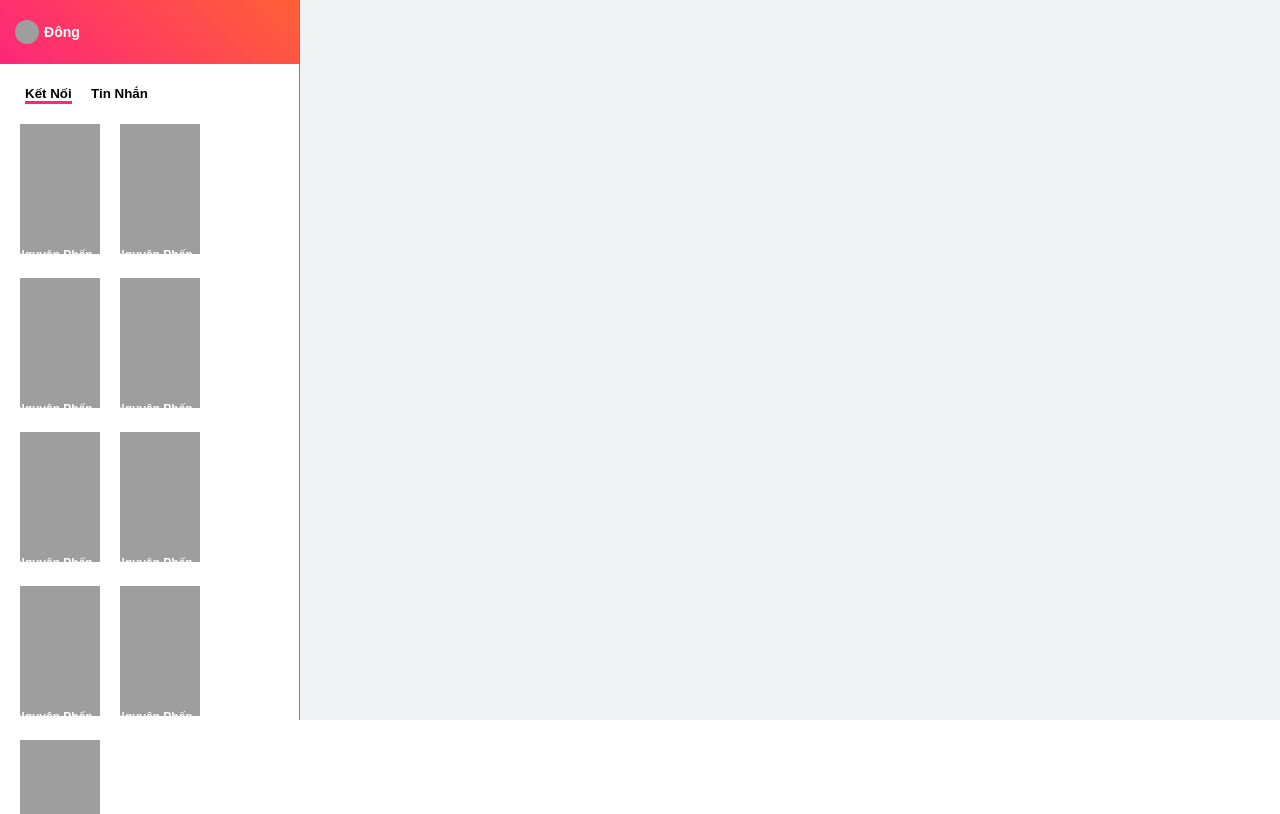
Repository: conquy2002/Project-Tinder
Page: Project RobinTinder/website/index.html
These files come from the project's save history. The page is drawn as it stood at one moment and after the next save; the edit follows.
The browser window is 1280 px wide. The pictures show the whole page.
Pictures or frames that could not be fetched are drawn as grey boxes.

Above is the page before, as saved 2022-01-07 09:51:03.

After the next save:
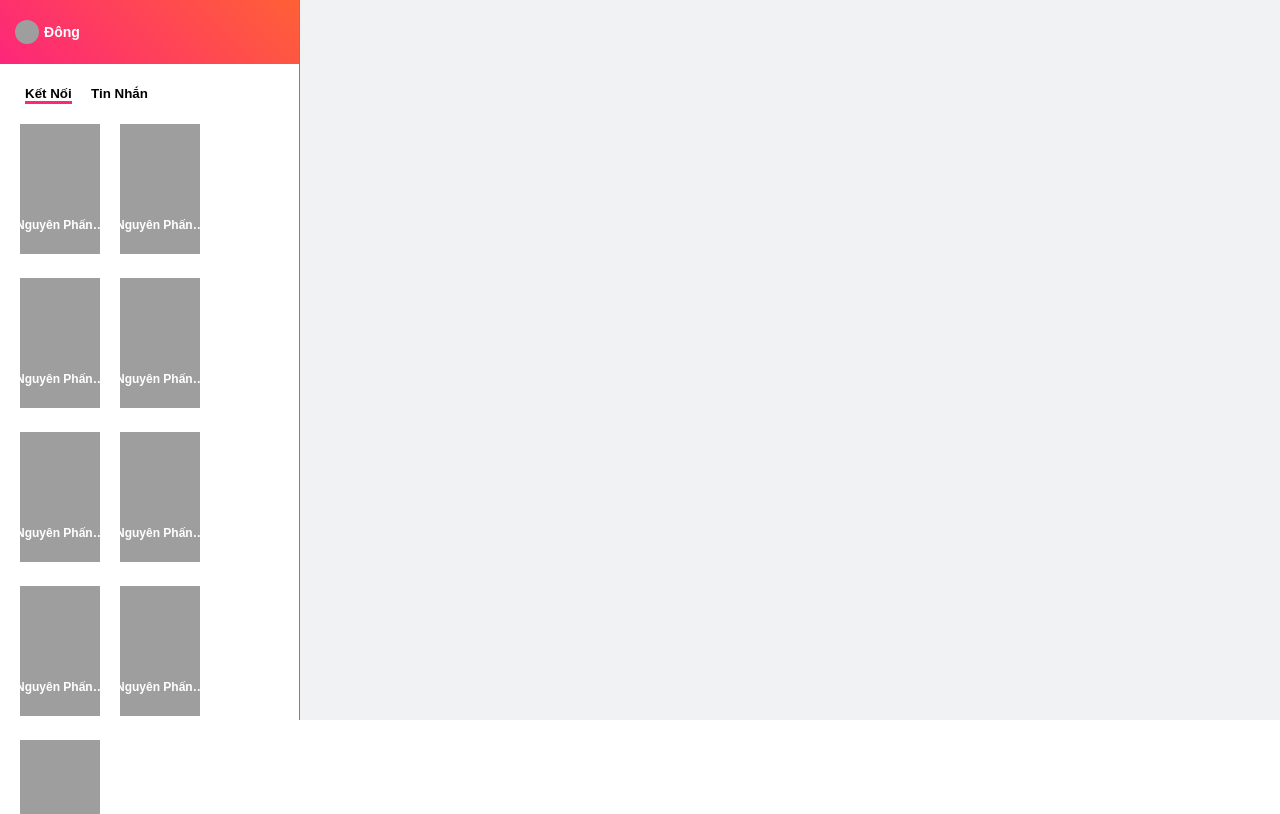
Saved 11 s later.
--- a/Project RobinTinder/website/css/style.css
+++ b/Project RobinTinder/website/css/style.css
@@ -92,7 +92,7 @@
     white-space: pre-wrap;
     position: absolute;
     left: 6px;
-    bottom: 20px;
+    bottom: 50px;
     color: #fff;
 }
 .nav__content-main .connection .connection_span h3{
